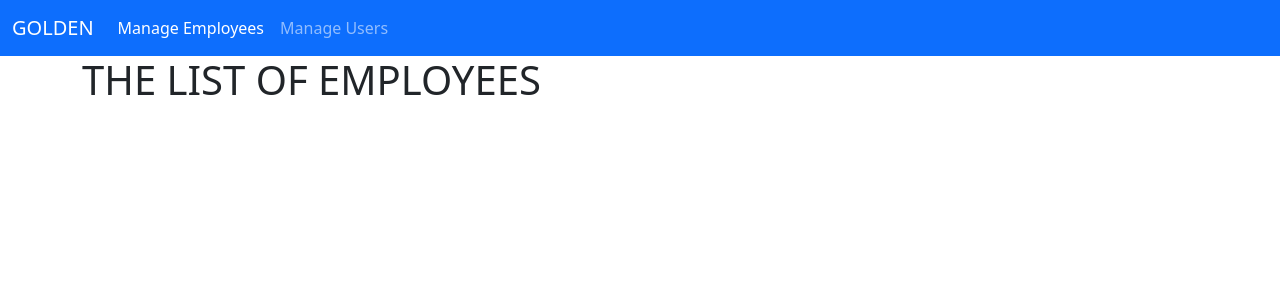
Repository: owuraku/DBC28.1
Page: http://localhost/employees
An editor plug-in stored every save of this project. The page is shown before and after the next save, followed by the edit.
The browser window is 1280 px wide. The pictures show the whole page.
The page is served by the project's Laravel application, run on PHP 8.4 with Laravel 10.

Above is the page before, as saved 2023-05-22 10:42:02.

After the next save:
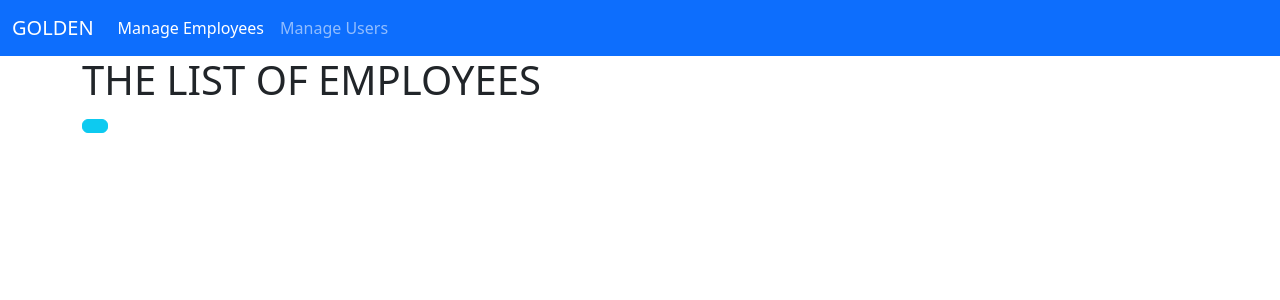
Saved 46 s later.
--- a/resources/views/employees/list.blade.php
+++ b/resources/views/employees/list.blade.php
@@ -4,4 +4,5 @@
 
 @section('content')
     <h1>THE LIST OF EMPLOYEES</h1>
+    <a href="{{ route('employees.create') }}" class="btn btn-info"></a>
 @endsection
